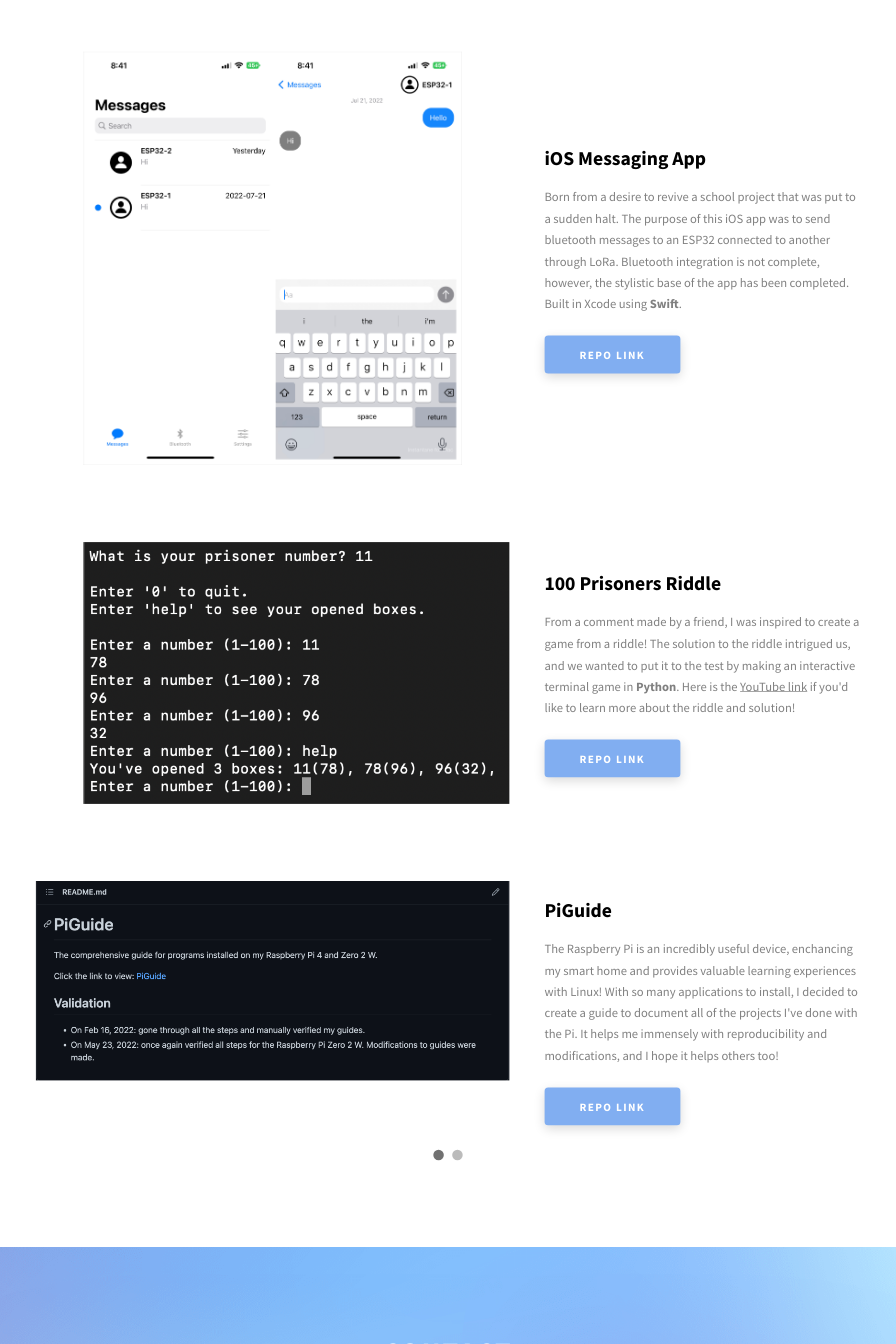
Repository: justinknguyen/Personal-Portfolio
Page: index.html
These files come from the project's save history. The page is drawn as it stood at one moment and after the next save; the edit follows.
The browser window is 1280 px wide. The pictures show the part of the page from y = 2729 to 4649 px (the page is 6182 px tall), at 70% of full size.
The style sheet was rebuilt from its Sass, Less or Tailwind sources for each picture, by a compiler version that may differ from the author's.

Above is the page before, as saved 2022-09-09 21:16:42.

After the next save:
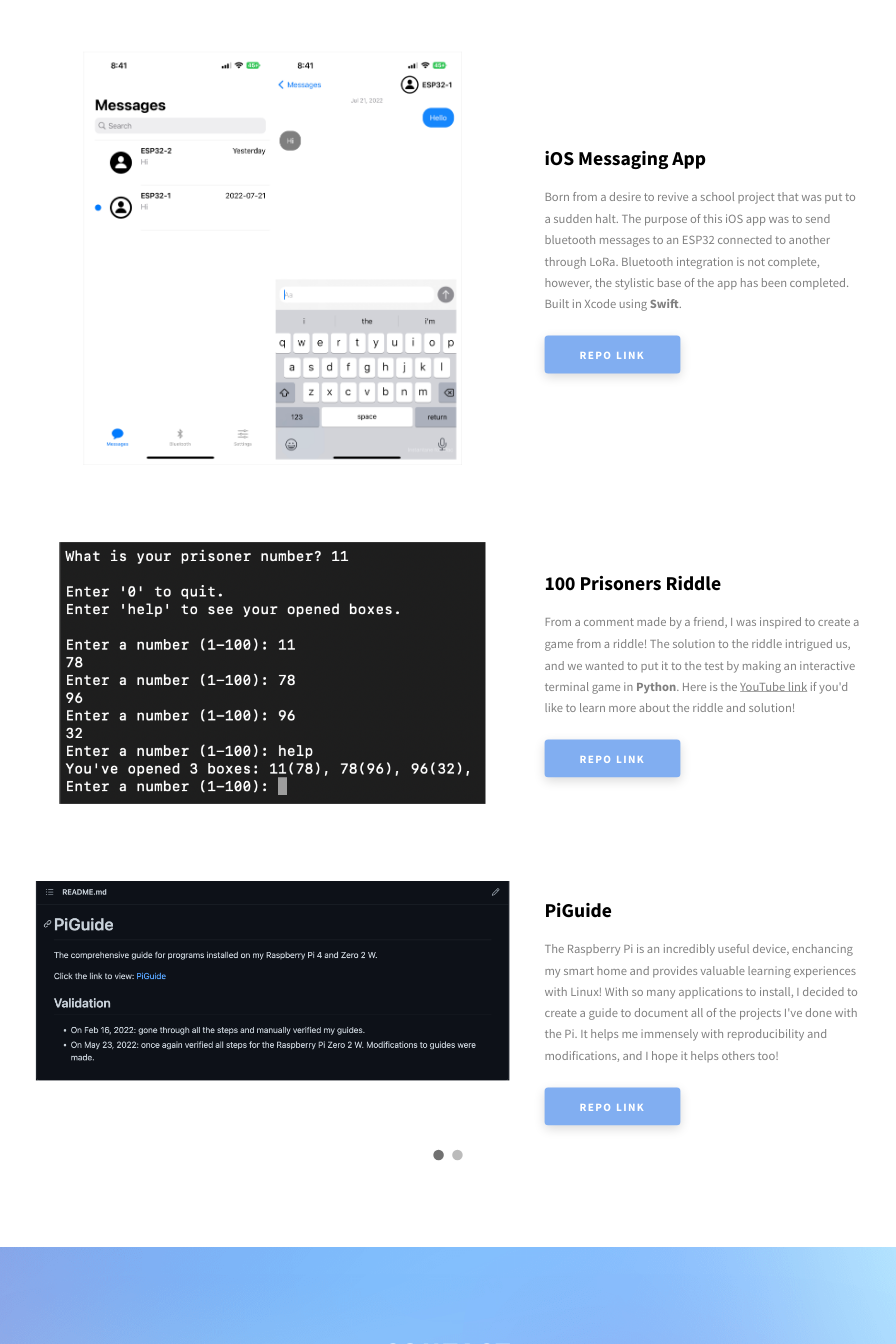
Saved 48 s later.
--- a/index.html
+++ b/index.html
@@ -286,7 +286,7 @@
                 <div class="projects__row-img-cont">
                   <img
                     src="./assets/png/prisoner-ss.png"
-                    style="width: 90%; position: relative; left: 10%;"
+                    style="width: 90%; position: relative; left: 50%; transform: translateX(-50%);"
                     alt="Software Screenshot"
                     class="projects__row-img"
                     loading="lazy"
